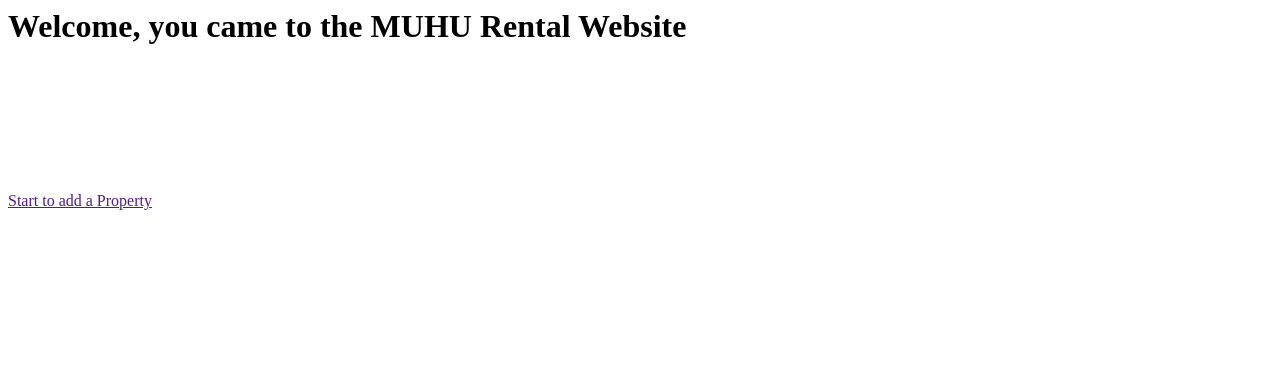
Repository: nds91400/spring-2023-cis2625-serverless
Page: muhu-rental/index.html
The author's editor kept a record of every edit. The page is drawn from the files as they stood at one moment, then again after the next edit.
The browser window is 1280 px wide. The pictures show the whole page.

Above is the page before.

### muhu-rental/index.html
<body>
    <h1>Welcome, you came to the MUHU Rental Website</h1>
    </br>
    </br>
    </br>
    </br>
    </br>
    </br>
    </br>
    <a href="">Start to add a Property</a>
</body>

After the next edit:
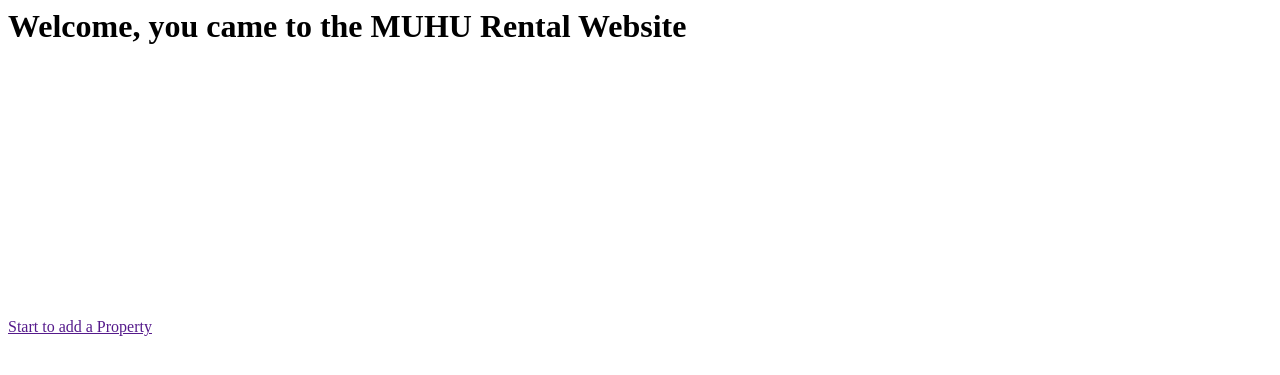
The edit:
--- a/muhu-rental/index.html
+++ b/muhu-rental/index.html
@@ -7,5 +7,12 @@
     </br>
     </br>
     </br>
+    </br>
+    </br>
+    </br>
+    </br>
+    </br>
+    </br>
+    </br>
     <a href="">Start to add a Property</a>
 </body>
